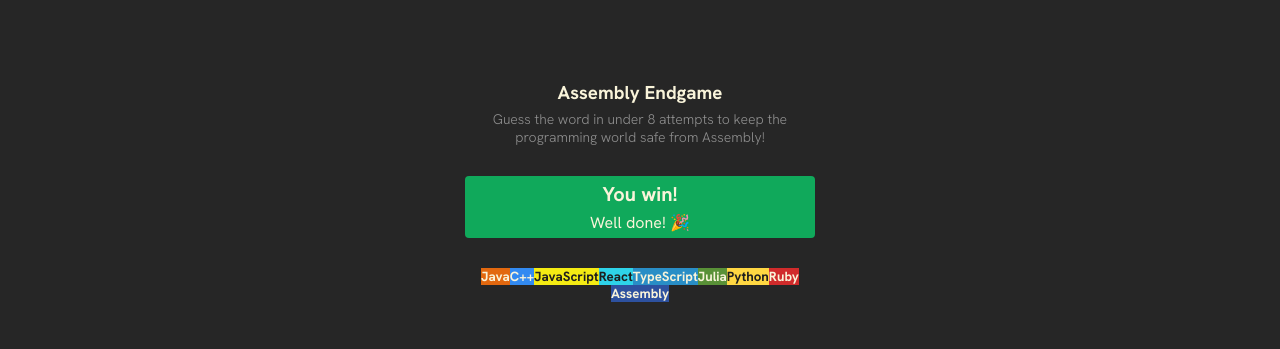
Repository: AchrafAzzaoui/AssemblyEndgame
Page: / (app in assembly-endgame/)
The author's editor kept a copy of each file at every save. The page is drawn from the files as they stood at one save, then again after the next save.
The browser window is 1280 px wide. The pictures show the whole page.
The project was rebuilt for these pictures with package versions that can differ from the ones it lists, and the page was loaded fresh each time. Also part of the build but not shown: assembly-endgame/vite.config.js.

Above is the page before, as saved 2024-12-25 12:58:10.

After the next save:
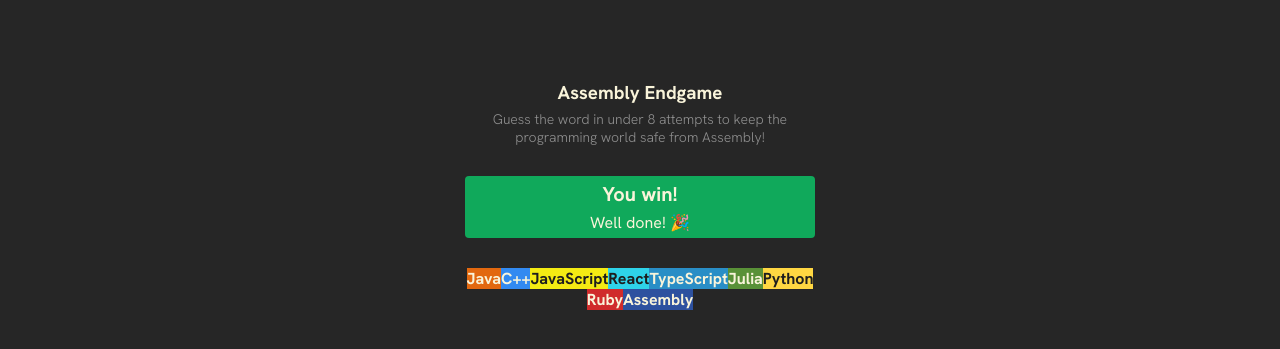
Saved 15 s later.
--- a/assembly-endgame/src/components/LanguageTags.jsx
+++ b/assembly-endgame/src/components/LanguageTags.jsx
@@ -9,7 +9,7 @@
         className="language-tag"
         style={{ backgroundColor: backgroundColor, color: color }}
       >
-        <h5>{name}</h5>
+        <h4>{name}</h4>
       </div>
     );
   });
